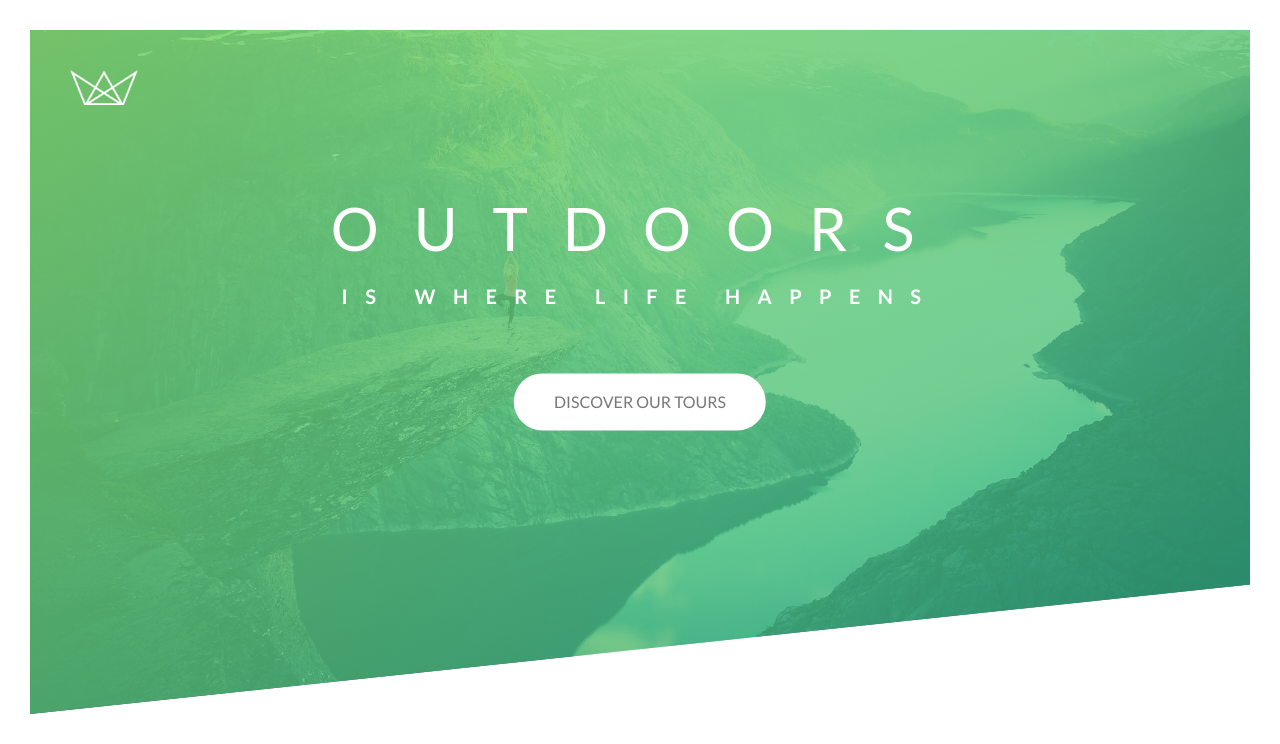
Repository: mukiSabljakovic/NatoursV1
Page: index.html
These files come from the project's save history. The page is drawn as it stood at one moment and after a run of saves; the edit follows.
The browser window is 1280 px wide. The pictures show the whole page.
Some web libraries are served in a nearby version.

Above is the page before, as saved 2020-05-11 16:16:47.

### index.html
<!DOCTYPE html>
<html lang="en">
    <head>
        <meta charset="UTF-8">
        <meta name="viewport" content="width=device-width, initial-scale=1.0">

        <link href="https://fonts.googleapis.com/css?family=Lato:100,300,400,700,900" rel="stylesheet">

        <link rel="stylesheet" href="https://use.fontawesome.com/releases/v5.13.0/css/all.css" integrity="sha384-Bfad6CLCknfcloXFOyFnlgtENryhrpZCe29RTifKEixXQZ38WheV+i/6YWSzkz3V" crossorigin="anonymous">
        <link rel="stylesheet" href="style.css">
        <link rel="stylesheet" href="css/style.css">
        <link rel="shortcut icon" type="image/png" href="img/favicon.png">

        <title>Natours | Exciting tours for adventurous people</title>
    </head>
    <body>
       <header class="header">
           <div class="logo-box">
               <img class="logo" src="img/logo-white.png" alt="Natours Logo">
           </div>

           <div class="text-box">
               <h1 class="heading-primary">
                   <span class="heading-primary-main">Outdoors</span>
                   <span class="heading-primary-sub">is where life happens</span>
               </h1>
               <a href="#" class="btn btn-white">Discover our tours</a>
           </div>

       </header>

    </body>
</html>

### css/style.css
@import url('https://fonts.googleapis.com/css2?family=Lato:wght@300;400;900&display=swap');

/*
COLORS:

Light green: #7ed56f
Medium green: #55c57a
Dark green: #28b485

*/

/* Basic Reset */


* {
    margin: 0;
    padding: 0;
    box-sizing: border-box;
}

body {
    font-family: 'Lato', sans-serif;
    font-weight: 400;
    font-size: 16px;
    line-height: 1.7;
    color: #777;
    padding: 1.875rem;
}

.header {
    height: 95vh;
    background-image: linear-gradient(
        to right bottom,
        rgba(126, 213, 111, .9),
        rgba(40, 180, 133, .7)),
        url(../img/hero.jpg);
    background-size: cover;
    background-position: top;

    clip-path: polygon(0 0, 100% 0, 100% 77vh, 0 100%);
    position: relative;
}

.logo-box {
    position: absolute;
    top: 40px;
    left: 40px;
}

.logo {
    height: 35px;
}

.text-box {
    position: absolute;
    top: 40%;
    left: 50%;
    transform: translate(-50%, -50%);
    text-align: center;
}

.heading-primary {
    color: #fff;
    text-transform: uppercase;

    /* Fix animation shaking */
    backface-visibility: hidden;
    margin-bottom: 60px;
}

.heading-primary-main {
    display: block;
    font-size: 3.75rem;
    font-weight: 400;
    letter-spacing: 2.1875rem;

    animation-name: moveInLeft;
    animation-duration: 1s;
    animation-timing-function: ease-out;
}

.heading-primary-sub {
    display: block;
    font-size: 1.25rem;
    font-weight: 700;
    letter-spacing: 1.0875rem;

    animation: moveInRight 1s ease-out;
}

@keyframes moveInLeft {
    0% {
        opacity: 0;
        transform: translateX(-100%);
    }

    80% {
        transform: translateX(10px);
    }

    100% {
        opacity: 1;
        trannsform: translate(0);
    }
}

@keyframes moveInRight {
    0% {
        opacity: 0;
        transform: translateX(100%);
    }

    80% {
        transform: translateX(-10px);
    }

    100% {
        opacity: 1;
        transform: translate(0);
    }
}

.btn:link,
.btn:visited {
    text-transform: uppercase;
    text-decoration: none;
    padding: 15px 40px;
    display: inline-block;
    border-radius: 100px;
    transition: all .2s;
}

.btn:hover {
    transform: translateY(-3px);
}

.btn:active {
    transform: translateY(-1px);
}

.btn-white {
    background-color: #fff;
    color: #777;
}

After the next 8 saves:
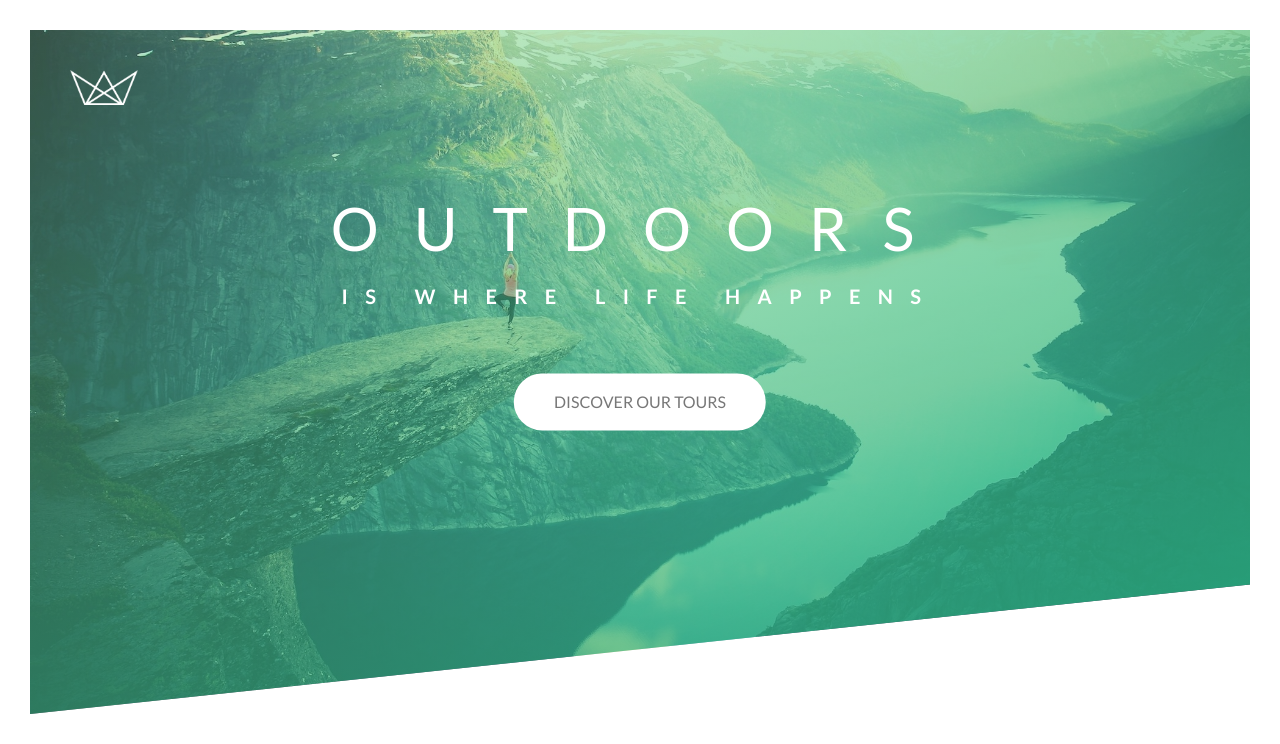
The 8 saves are shown as one change because they came seconds apart.
The last was saved 18 s later.
--- a/css/style.css
+++ b/css/style.css
@@ -31,8 +31,8 @@ body {
     height: 95vh;
     background-image: linear-gradient(
         to right bottom,
-        rgba(126, 213, 111, .9),
-        rgba(40, 180, 133, .7)),
+        rgba(126, 213, 111, .3),
+        rgba(40, 180, 133, .9)),
         url(../img/hero.jpg);
     background-size: cover;
     background-position: top;
